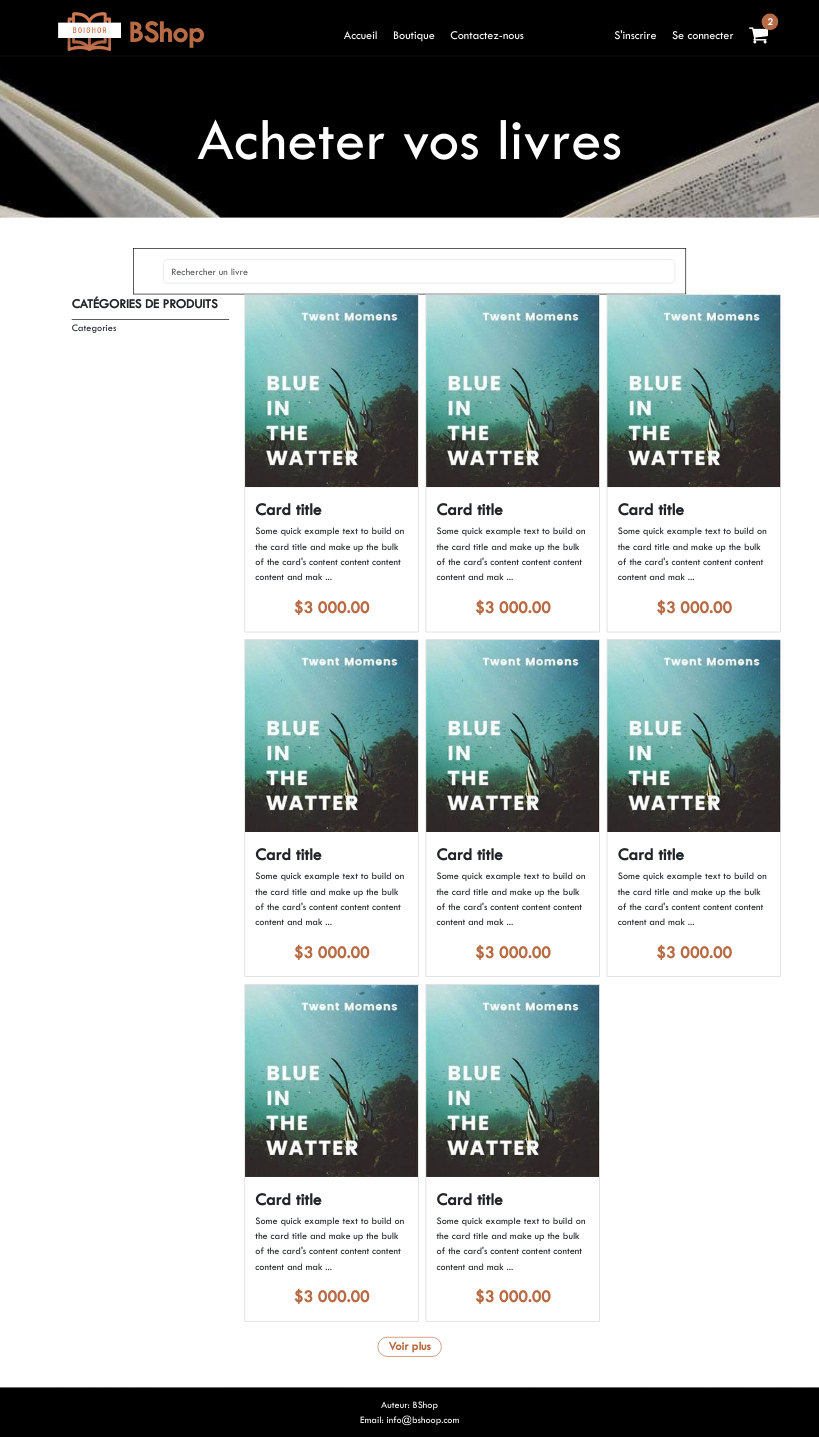
Repository: padevft/e-commerce-php
Page: http://localhost/server/pages/shop.php
These files come from the project's save history. The page is drawn as it stood at one moment and after the next save; the edit follows.
The browser window is 1280 px wide. The pictures show the whole page, at 64% of full size.
The page is run by PHP 8.4 with error messages shown; the project is at /var/www/html/.

Above is the page before, as saved 2023-09-18 11:22:17.

### server/pages/shop.php
<?php
require_once('../includes/utilitaires.inc.php');
?>
<!DOCTYPE html>
<html lang="en">

<head>
  <meta charset="UTF-8" />
  <meta name="viewport" content="width=device-width, initial-scale=1.0" />
  <title>Boutique en ligne</title>
  <link rel="stylesheet" href="../../client/css/styles.css">
  <link rel="stylesheet" href="../../client/utilitaires/bootstrap/css/bootstrap.min.css">
  <link rel="stylesheet" href="../../client/utilitaires/font-awesome-4.7.0/css/font-awesome.min.css">

</head>

<body>
  <div class="container-app">
    <?php
    require_once('../includes/header.inc.php');
    ?>
    <main>
      <div class="d-flex align-items-center justify-content-center pt-5 container-intro">
        <span class="text-intro">
          Acheter vos livres
        </span>
      </div>
      <div class="container-products">
        <div class="container-search">
          <div class="d-flex align-items-center content-search">
            <span><i class="fa fa-search shopping-cart"></i></span>
            <input type="text" class="form-control input-search" placeholder="Rechercher un livre" />
          </div>
        </div>
        <?php
        $products = getProducts();
        ?>
        <div class="content-products">
          <div class="row">
            <div class="col-sm-4 col-md-3">
              <div class="container-text-category pb-2">
                <span class="text-category">CATÉGORIES DE PRODUITS</span>
              </div>
              <div><span>Categories</span></div>
            </div>
            <div class="col-sm-8 col-md-9">
              <div class="grid-products-shop">
                <?php foreach ($products as $product) : ?>
                  <?= getHtmlProucut($product) ?>
                <?php endforeach; ?>
              </div>
            </div>
            <div class="d-flex align-items-center justify-content-center pt-4">
              <a href="./index.php" class="view-plus px-3">Voir plus</a>
            </div>
          </div>
        </div>
      </div>
  </div>
  </main>
  <?php
  require_once('../includes/footer.inc.php');
  ?>
  <script src="../../client/utilitaires/Jquery/jquery-3.6.0.min.js"></script>
  <script src="../../client/utilitaires/bootstrap/js/bootstrap.min.js"></script>
</body>

</html>

### server/includes/utilitaires.inc.php
<?php

function getProducts()
{
    $liste = array();
    $liste[0] = 1;
    $liste[1] = 1;
    $liste[2] = 1;
    $liste[3] = 1;
    $liste[4] = 1;
    $liste[5] = 1;
    $liste[6] = 1;
    $liste[7] = 1;
    return $liste;
}

$des = 'Some quick example text to build on the card title and make up the bulk of the card\'s content content content content and make up the bulk of the card and make up the bulk of the card and make up the bulk of the card. ';


function getSubDescription($inputString)
{
    if (strlen($inputString) <= 125) {
        return $inputString;
    }
    $result = substr($inputString, 0, 125) . ' ...';
    return $result;
}

function formatPrice($price)
{
    return number_format($price, 2, '.', ' ');
}

function getURL()
{
    if (isset($_SERVER['HTTPS']) && $_SERVER['HTTPS'] === 'on') {
        // La connexion est sécurisée via HTTPS
        $protocole = 'https://';
    } else {
        // La connexion n'est pas sécurisée, utilisez HTTP
        $protocole = 'http://';
    }
    $url = $protocole . $_SERVER['SERVER_NAME'] . ':' . $_SERVER['SERVER_PORT'] . '/shop-online';
    return $url;
}


function getHtmlProucut($product)
{
    global $des;
    $html = <<<HTML
    <div class="card position-relative item-product">
    HTML;
    $html .= '<img class="object-fit-cover" src="' . getURL() . '/client/images/p-3.jpg" alt="...">';
    $html .= '<div class="card-body">
            <span class="card-title title-product">Card title</span>';
    $html .= '<p class="card-text text-des">' . getSubDescription($des) . '</p>';
    $html .= '<div class="d-flex justify-content-center"><span class="text-price">$' . formatPrice(3000) . '</span></div>';
    $html .= <<<HTML
        </div>
        <div class="hover-product">
            <div class="options">
                <div class="icons-options">
                    <a href="#" class="icon">
                        <i class="fa fa-shopping-cart"></i>
                    </a>
                    <a href="#" class="icon">
                        <i class="fa fa-eye"></i>
                    </a>
                </div>
            </div>
        </div>
    </div>
    HTML;

    return $html;
}

### server/includes/header.inc.php
<header>
    <nav class="container-nav">
        <div class="row align-items-center">
            <div class="col-12 col-sm-4">
                <div class="d-flex flex-row align-items-center">
                    <a class="container-logo" href="./index.html">
                        <img src="<?= getURL() ?>/client/images/logo.png" />

                    </a>
                    <span class="text-logo">BShop</span>
                </div>
            </div>
            <div class="col-md-4">
                <div class="container-menu mt-2">
                    <ul class="d-flex flex-row align-items-center justify-content-end gap-4 menu">
                        <li><a href="<?= getURL() ?>/index.php" class="menu-item">Accueil</a></li>
                        <li><a href="<?= getURL() ?>/server/pages/shop.php" class="menu-item">Boutique</a></li>
                        <li><a href="<?= getURL() ?>/server/pages/shop.php" class="menu-item">Contactez-nous</a></li>
                    </ul>
                </div>
            </div>
            <div class="col-6 col-md-4">
                <div class="d-flex align-items-center gap-4 justify-content-end mt-2">
                    <div class="container-menu">
                        <ul class="d-flex align-items-center gap-4 menu">
                            <li> <a href="./index.html" class="menu-item">S'inscrire</a></li>
                            <li> <a href="./index.html" class="menu-item">Se connecter</a></li>
                        </ul>

                    </div>
                    <div class="position-relative container-shopping-cart">
                        <span><i class="fa fa-shopping-cart shopping-cart"></i></span>
                        <span class="position-absolute number-product">2</span>
                    </div>
                </div>

            </div>

        </div>
    </nav>
</header>

### server/includes/footer.inc.php
<footer>
    <div class="container-footer">
        <span>Auteur: BShop</span>
        <span>Email: info@bshoop.com</span>
    </div>

</footer>

### client/css/styles.css
/* var text-decoration */
@font-face {
  font-family: myfont;
  src: url(../utilitaires/fonts/ufonts.com_tw-cen-mt.ttf);
}

:root {
  --color-primary: #b76b45;
  --color-white-1: #fff;
  --color-bg-1: rgba(0, 0, 0, 0.366);
}

* {
  transition: all 0.5s ease;
}

body {
  font-family: myfont !important;
}
h1 {
  display: inline-flex;
  position: relative;
  cursor: pointer;
}

a {
  color: unset;
  outline: unset;
  text-decoration: none !important;
}

.container-app {
  background-image: url("../images/bg.jpg");
  background-repeat: no-repeat;
  background-size: cover;
  background-position: center;
}
ul {
  list-style-type: none; /* Retire les puces */
}

/*

****************************
Header
****************************

*/

header {
  padding-top: 15px;
  padding-bottom: 10px;
}

header ul {
  margin: 0 !important;
}
.container-nav {
  padding: 0 5rem;
  border-bottom: 1px solid rgba(255, 255, 255, 0.1);
}
.container-logo {
  width: 120px;
  height: 65px;
}
.container-logo img {
  width: 100%;
  height: 100%;
}
.text-logo {
  font-size: 3rem;
  font-weight: bold;
  color: var(--color-primary);
}
.menu-item {
  display: inline;
  position: relative;
  color: var(--color-white-1);
  padding-bottom: 5px;
  font-size: 1.2rem;
}

.menu-item:hover {
  color: var(--color-primary);
}
.menu-item::before {
  content: "";
  position: absolute;
  bottom: 0;
  left: 0;
  background: var(--color-primary);
  height: 2.5px;
  opacity: 1;
  visibility: visible;
  width: 0;
  -webkit-transition: 0.4s all ease-out;
  -o-transition: 0.4s all ease-out;
  transition: 0.4s all ease-out;
}
.menu-item:hover:before {
  width: 100%;
}

.number-product {
  bottom: 25px;
  font-weight: bold;
  color: var(--color-white-1);
  font-size: 1rem;
  height: 26px;
  line-height: 17px;
  width: 26px;
  background: var(--color-primary) none repeat scroll 0 0;
  border-radius: 100px;
  display: flex;
  justify-content: center;
  align-items: center;
  left: 20px;
}

.shopping-cart {
  color: var(--color-white-1);
  font-size: 2rem !important;
}
.container-shopping-cart:hover .shopping-cart {
  color: var(--color-primary);
  cursor: pointer;
  transform: scale(0.8);
}
.container-shopping-cart:hover .number-product {
  transform: scale(1.7);
  color: var(--color-primary);
  background: var(--color-white-1) none repeat scroll 0 0;
}
.text-intro {
  font-size: 6rem;
  color: var(--color-white-1);
}

/*

****************************
Main
****************************

*/

.container-intro {
  padding: 50px 0;
}
.container-products {
  background-color: var(--color-white-1);
  padding: 3rem 1rem;
}
.content-products,
.content-intro {
  padding: 0 6rem;
}
.text-intro-1 {
  color: var(--color-primary);
  font-size: 1.5rem;
  font-weight: 700;
  line-height: 15px;
}

.text-intro-2 {
  color: #000;
  font-size: 1.2rem;
  font-weight: 700;
}

.grid-products {
  display: grid;
  grid-template-columns: repeat(4, 1fr);
  grid-gap: 1rem;
  padding-top: 3rem;
}
.grid-products-shop {
  display: grid;
  grid-template-columns: repeat(3, 1fr);
  grid-gap: 0.7rem;
}

.item-product {
  cursor: pointer;
  width: 17rem;
  /* border: unset !important; */
  border-radius: unset !important;
}

.item-product .img-product {
  width: 100%;
  /* border-radius: 15px; */
}

.hover-product {
  width: 100%;
  height: 100%;
  background-color: var(--color-bg-1);
  position: absolute;
  left: 0;
  top: 0;
  /* border-radius: 0.375rem; */
  display: flex;
  justify-content: center;
  align-items: center;
  flex-direction: row;
  opacity: 0;
  transform: scale(0);
  transition: all 0.5s ease-in-out;
}

.item-product:hover .hover-product {
  opacity: 1;
  transform: scale(1);
}
.item-product img {
  width: 100%;
  height: 300px;
}

.hover-product span {
  color: white;
  font-weight: 500;
}

.title-product {
  font-weight: 800;
  font-size: 1.7rem !important;
}
.text-des {
  font-weight: 550;
}
.text-price {
  color: var(--color-primary);
  font-size: 1.7rem;
  font-weight: bold;
}
.options {
  transform: scaleX(0);
  transform-origin: top;
  transition: all 0.7s ease-in-out;
}

.item-product:hover .options {
  transform: scaleX(1);
}
.icons-options {
  display: flex;
  align-items: center;
  justify-content: center;
}

.icon {
  background-color: var(--color-primary);
  border-radius: 50%;
  width: 45px;
  height: 45px;
  display: flex;
  align-items: center;
  justify-content: center;
  margin: 0 1rem;
  cursor: pointer;
  transition: all 0.7s ease-in-out;
}

.icon:hover {
  background-color: var(--color-white-1);
}

.icon i {
  color: var(--color-white-1);
  font-size: 1.2rem;
}

.icon:hover i {
  color: var(--color-primary);
}

.view-plus {
  border: 1px solid var(--color-primary);
  color: var(--color-primary);
  background-color: var(--color-white-1);
  font-weight: 600;
  font-size: 1.2rem;
  border-radius: 15px;
  transition: all 0.7s cubic-bezier(0.68, -0.55, 0.265, 1.55);
}

.view-plus:hover {
  background-color: var(--color-primary);
  color: var(--color-white-1);
}

.container-text-category {
  border-bottom: 1px solid #000;
}

.text-category {
  font-size: 1.3rem;
  font-weight: 700;
}

.container-search{
  padding: 0 12rem;
}

.content-search{
  padding: 1rem;
  border:1px solid #000;
}

/*

****************************
footer
****************************

*/

footer {
  background-color: var(--color-white-1);
}
.container-footer {
  background-color: #000;
  display: flex;
  flex-direction: column;
  justify-content: center;
  align-items: center;
  padding: 15px 0;
}
.container-footer span {
  color: var(--color-white-1);
}

Loaded but not shown: client/utilitaires/bootstrap/css/bootstrap.min.css (library); client/utilitaires/font-awesome-4.7.0/css/font-awesome.min.css (library); client/utilitaires/Jquery/jquery-3.6.0.min.js (library); client/utilitaires/bootstrap/js/bootstrap.min.js (library)

After the next save:
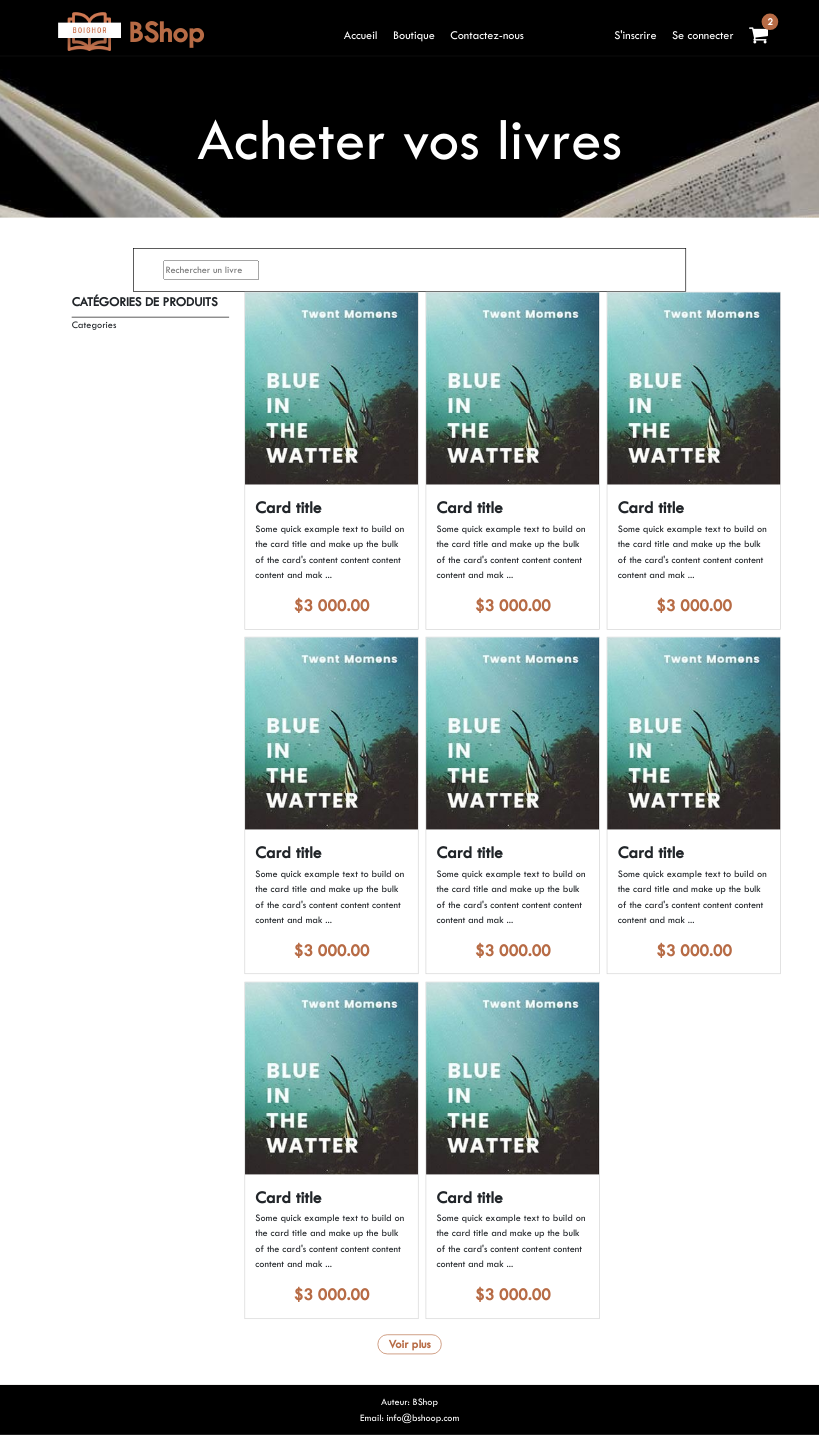
Saved 30 s later.
--- a/server/pages/shop.php
+++ b/server/pages/shop.php
@@ -29,7 +29,7 @@ require_once('../includes/utilitaires.inc.php');
         <div class="container-search">
           <div class="d-flex align-items-center content-search">
             <span><i class="fa fa-search shopping-cart"></i></span>
-            <input type="text" class="form-control input-search" placeholder="Rechercher un livre" />
+            <input type="text" class="input-search" placeholder="Rechercher un livre" />
           </div>
         </div>
         <?php
